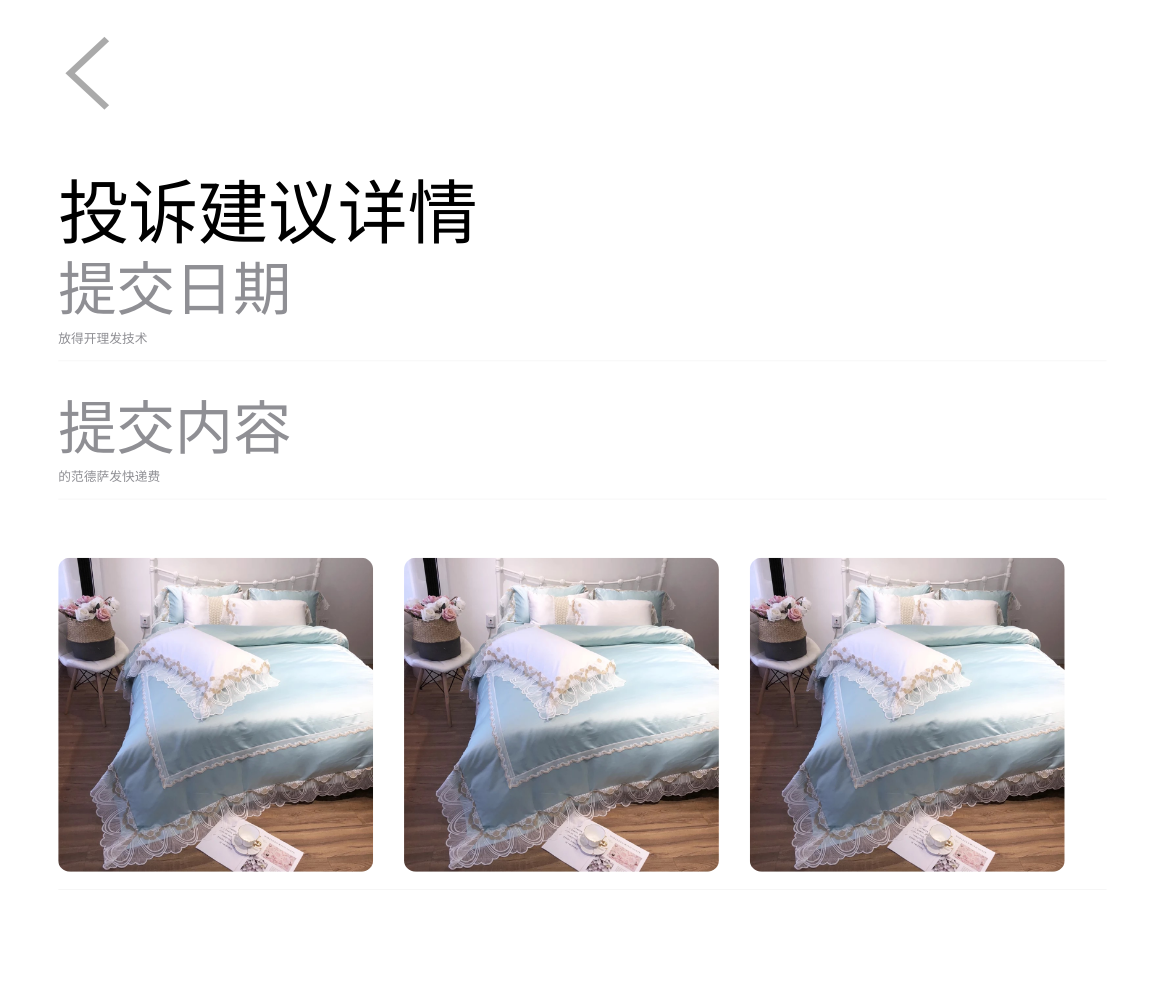
Repository: missing-star/rockBridge
Page: complaint-detail.html
An editor plug-in stored every save of this project. The page is shown before and after a run of saves, followed by the edit.
The browser window is 1280 px wide. The pictures show the whole page, at 91% of full size.
The page's requests for data from a server got no answer.

Above is the page before, as saved 2019-04-19 15:42:38.

After the next 2 saves:
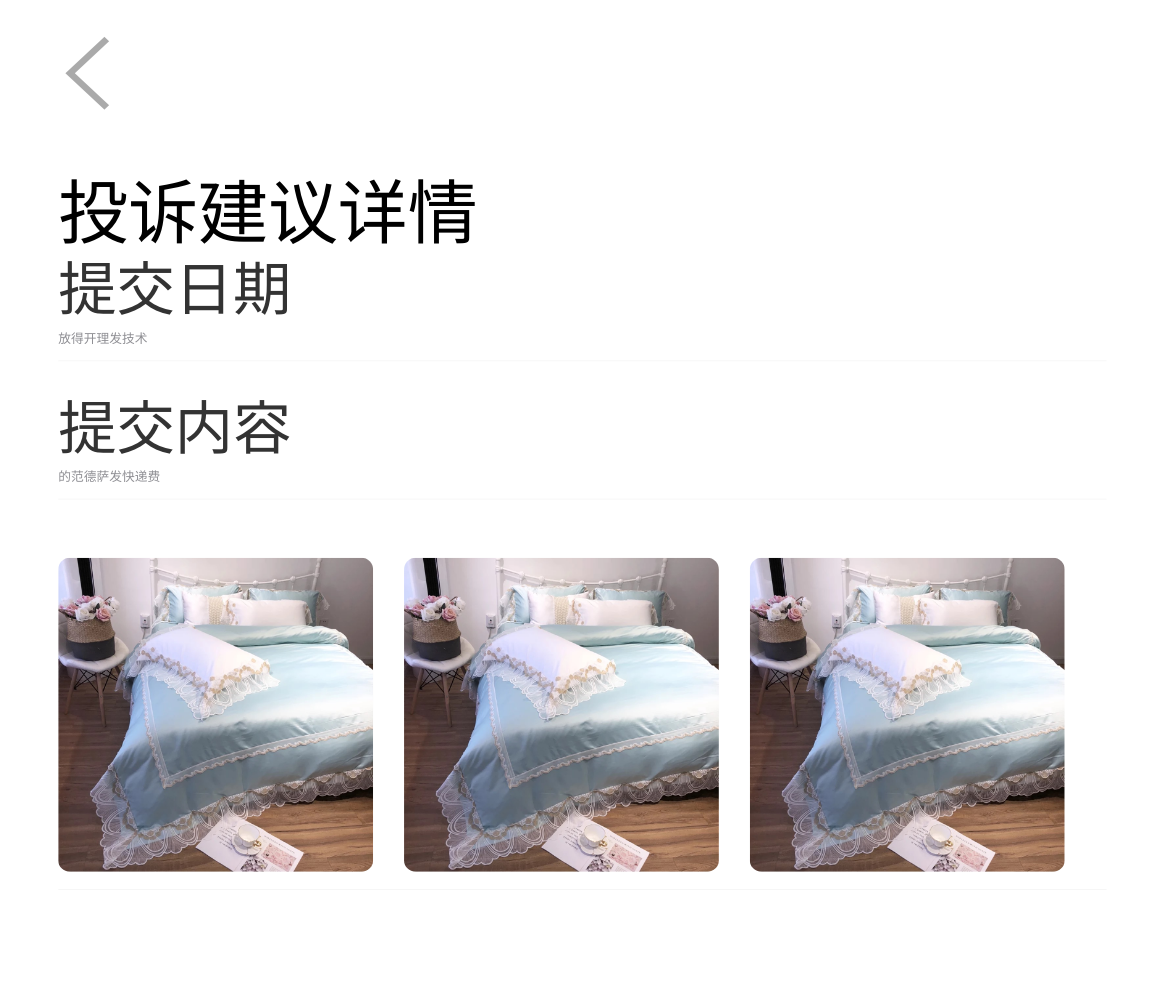
The 2 saves are shown as one change because they came seconds apart.
The last was saved 7 s later.
--- a/css/complaint-detail.css
+++ b/css/complaint-detail.css
@@ -50,6 +50,7 @@ img.show-img {
 p.title {
     font-size: 1rem;
     margin-bottom: 0.5rem;
+    color: #333;
 }
 p.content {
     color: #8f8f94;
